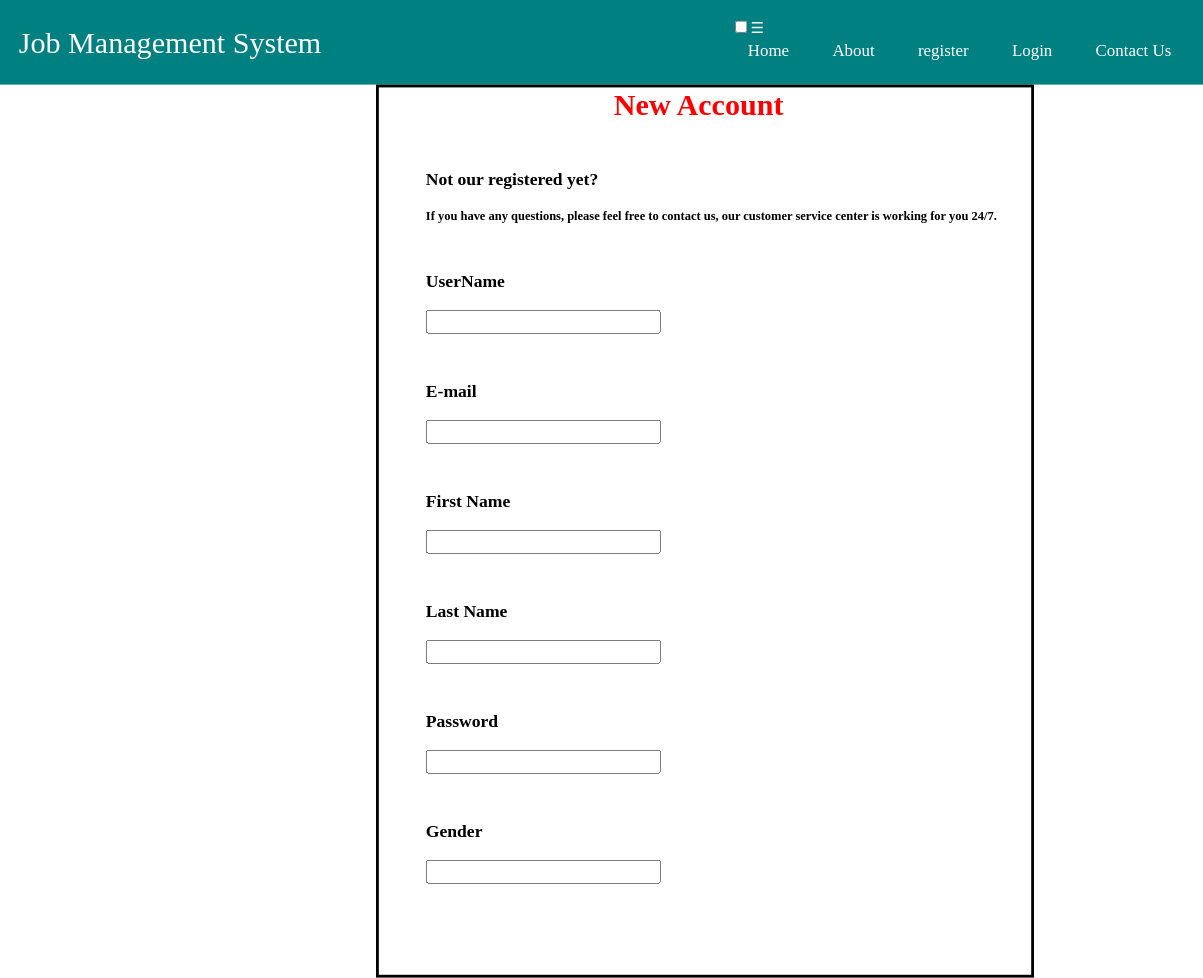
Repository: PrinceKumawat1109/JFSD
Page: http://localhost/Job-management/employeeregister.jsp
An editor plug-in stored every save of this project. The page is shown before and after the next save, followed by the edit.
The browser window is 1280 px wide. The pictures show the whole page, at 94% of full size.
The page is served by Tomcat 9. Other server files are loaded and not shown.

Above is the page before, as saved 2022-10-29 19:03:03.

### Job-management/src/main/webapp/employeeregister.jsp
<%@ page language="java" contentType="text/html; charset=UTF-8"
    pageEncoding="UTF-8"%>
<!DOCTYPE html>
<html>
<head>
<meta charset="UTF-8">
<title>Employee-Register</title>
<style>
.card{
height: 950px;
width: 700px;
border-style: solid;
margin-left: 400px;
}

</style>
</head>
<body>
	<jsp:include page="navbar.jsp" />

	<div class="card">
	<h1 style=" color: red; margin-left: 250px;">New Account</h1>
	<h3 style="margin-left: 50px; margin-top: 50px;">Not our registered yet?</h3>
	<h5 style="margin-left: 50px; margin-top: 20px;">If you have any questions, please feel free to contact us, our customer service center is working for you 24/7.</h5>
	<h3 style="margin-left: 50px; margin-top: 50px;">UserName</h3>
	<input style="margin-left: 50px; margin-top: 20px; height: 25px; width: 250px;" type="box">


	<h3 style="margin-left: 50px; margin-top: 50px;">E-mail</h3>
	<input style="margin-left: 50px; margin-top: 20px; height: 25px; width: 250px;" type="box">


	<h3 style="margin-left: 50px; margin-top: 50px;">First Name</h3>
	<input style="margin-left: 50px; margin-top: 20px; height: 25px; width: 250px;" type="box" id="t3"/>
	<h3 style="margin-left: 50px; margin-top: 50px;">Last Name</h3>
	<input style="margin-left: 50px; margin-top: 20px; height: 25px; width: 250px;" type="box">
	<h3 style="margin-left: 50px; margin-top: 50px;">Password</h3>
	<input style="margin-left: 50px; margin-top: 20px; height: 25px; width: 250px;" type="box">
	<h3 style="margin-left: 50px; margin-top: 50px;">Gender</h3>
	<input style="margin-left: 50px; margin-top: 20px; height: 25px; width: 250px;" type="box">

	</div>
</body>















<script type="text/javascript">
function save()
{
	var xhtml = new XMLHttpRequest();
	var url = "http://localhost:8080/api/register/";
	xhtml.open("POST", url, true);
	xhtml.setRequestHeader('Content-Type','application/json');

	var t1 = document.getElementById("t1");
	var t2 = document.getElementById("t2");
	var t3 = document.getElementById("t3");
	var t4 = document.getElementById("t4");
	var t5 = document.getElementById("t5");
	var t6 = document.getElementById("t6");
	var lbl = document.getElementById("lbl");

	xhtml.send(JSON.stringify({
		username : t1.value,
		fname : t2.value,
		lname : t3.value,
		email : t4.value,
		pwd : t5.value,
		gender : t6.value
	}));

	xhtml.onreadystatechange = function()
	{
		if(this.readyState == 4 && this.status == 200)
			lbl.innerText = "Data Inserted Successfully...!";
			window.location="http://localhost:8080/employeelogin.jsp";

	};
}
</script>
</html>

### Job-management/src/main/webapp/navbar.jsp
<!DOCTYPE html>
<html lang="en">
 <head>
   <meta charset="UTF-8" />
   <meta http-equiv="X-UA-Compatible" content="IE=edge" />
   <meta name="viewport" content="width=device-width, initial-scale=1.0" />
   <style>

    /* UTILITIES */
* {
 margin: 0;
 padding: 0;
 box-sizing: border-box;
}
body {
 font-family: cursive;
}
a {
 text-decoration: none;
}
li {
 list-style: none;
}

/* NAVBAR STYLING STARTS */
.navbar {
 display: flex;
 align-items: center;
 justify-content: space-between;
 padding: 20px;
 background-color: teal;
 color: #fff;
}
.nav-links a {
 color: #fff;
}
/* LOGO */
.logo {
 font-size: 32px;
}
/* NAVBAR MENU */
.menu {
 display: flex;
 gap: 1em;
 font-size: 18px;
}
.menu li:hover {
 background-color: #4c9e9e;
 border-radius: 5px;
 transition: 0.3s ease;
}
.menu li {
 padding: 5px 14px;
}
/* DROPDOWN MENU */
.services {
 position: relative;
}
.dropdown {
 background-color: rgb(1, 139, 139);
 padding: 1em 0;
 position: absolute; /*WITH RESPECT TO PARENT*/
 display: none;
 border-radius: 8px;
 top: 35px;
}
.dropdown li + li {
 margin-top: 10px;
}
.dropdown li {
 padding: 0.5em 1em;
 width: 8em;
 text-align: center;
}
.dropdown li:hover {
 background-color: #4c9e9e;
}
.services:hover .dropdown {
 display: block;
}
   </style>
   <title>Document</title>
 </head>
 <body>
   <nav class="navbar">
     <!-- LOGO -->
     <div class="logo">Job Management System</div>
     <!-- NAVIGATION MENU -->
     <ul class="nav-links">
       <!-- USING CHECKBOX HACK -->
       <input type="checkbox" id="checkbox_toggle" />
       <label for="checkbox_toggle" class="hamburger">&#9776;</label>
       <!-- NAVIGATION MENUS -->
       <div class="menu">
         <li><a href="home.jsp">Home</a></li>
         <li><a href="/">About</a></li>
         <li class="services">
           <a href="/">register</a>
           <!-- DROPDOWN MENU -->
           <ul class="dropdown">
             <li><a href="employeeregister.jsp">Employee </a></li>
             <li><a href="employerregister.jsp">Employers</a></li>
           </ul>
         </li>
         <li class="services">
           <a href="/">Login</a>
           <!-- DROPDOWN MENU -->
           <ul class="dropdown">
             <li><a href="employeelogin.jsp">Employee login </a></li>
             <li><a href="employerlogin.jsp">Employers login</a></li>
           </ul>
         </li>
         <li><a href="contact.jsp">Contact Us</a></li>
       </div>
     </ul>
   </nav>
 </body>
</html>

After the next save:
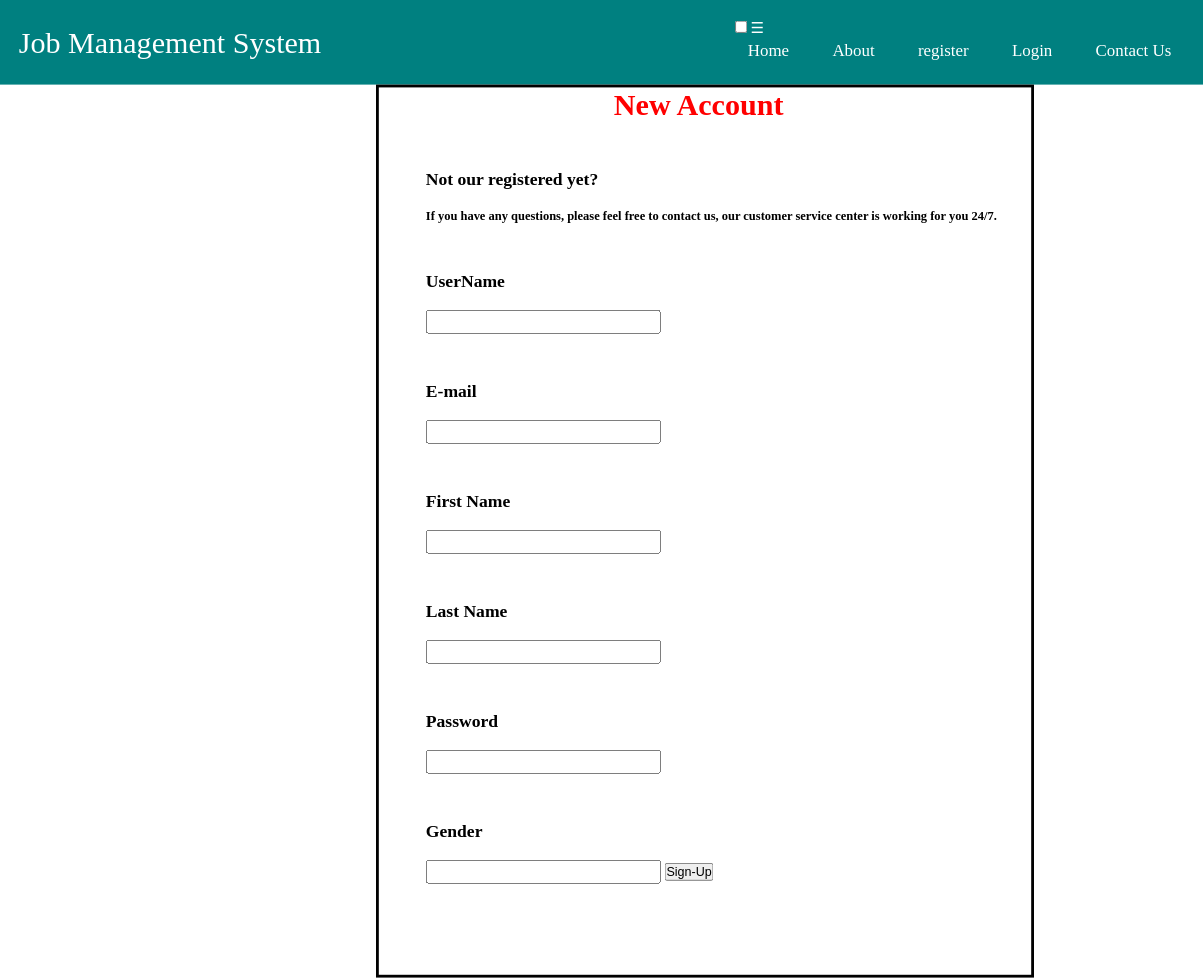
Saved 58 s later.
--- a/Job-management/src/main/webapp/employeeregister.jsp
+++ b/Job-management/src/main/webapp/employeeregister.jsp
@@ -38,6 +38,9 @@ margin-left: 400px;
 	<input style="margin-left: 50px; margin-top: 20px; height: 25px; width: 250px;" type="box">
 	<h3 style="margin-left: 50px; margin-top: 50px;">Gender</h3>
 	<input style="margin-left: 50px; margin-top: 20px; height: 25px; width: 250px;" type="box">
+
+	<button onclick="save()">Sign-Up</button>
+	<label id="lbl"></label>
 
 	</div>
 </body>
